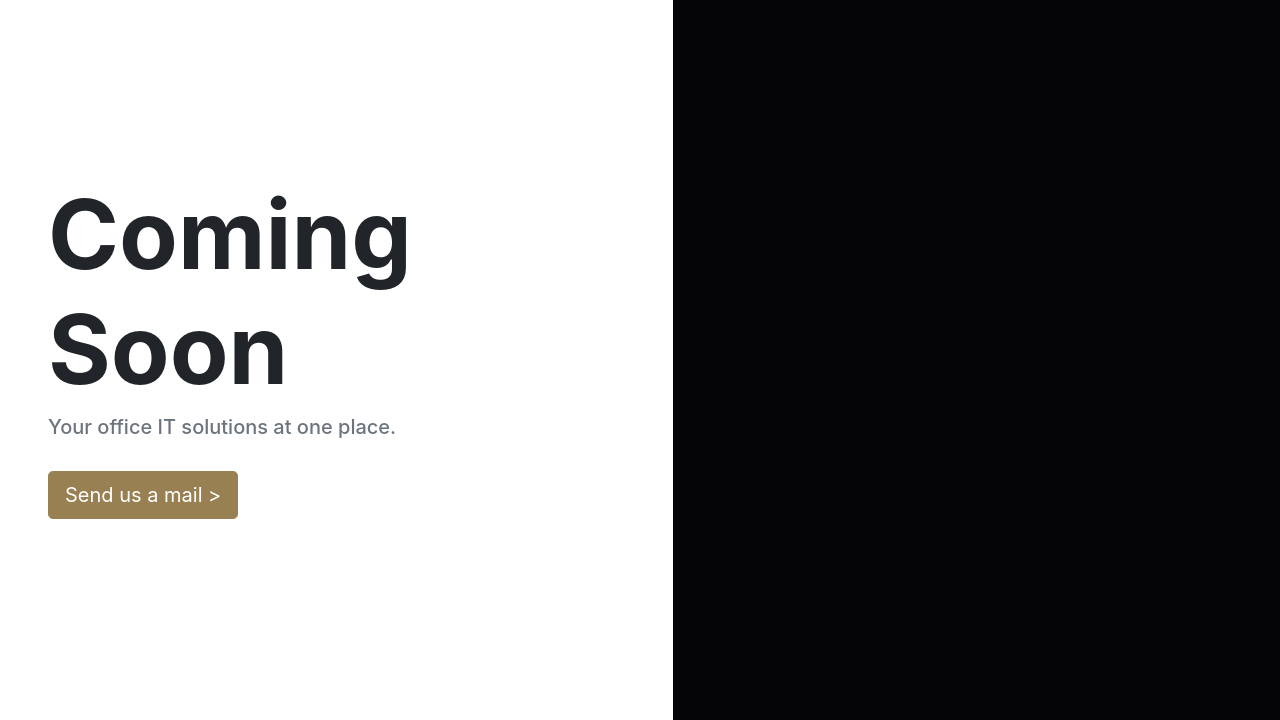
Repository: Thekxgh/website
Page: /
These files come from the project's save history. The page is drawn as it stood at one moment and after the next save; the edit follows.
The browser window is 1280 px wide. The pictures show the whole page.
The project was rebuilt for these pictures with package versions that can differ from the ones it lists, and the page was loaded fresh each time.

Above is the page before, as saved 2021-07-14 09:46:20.

After the next save:
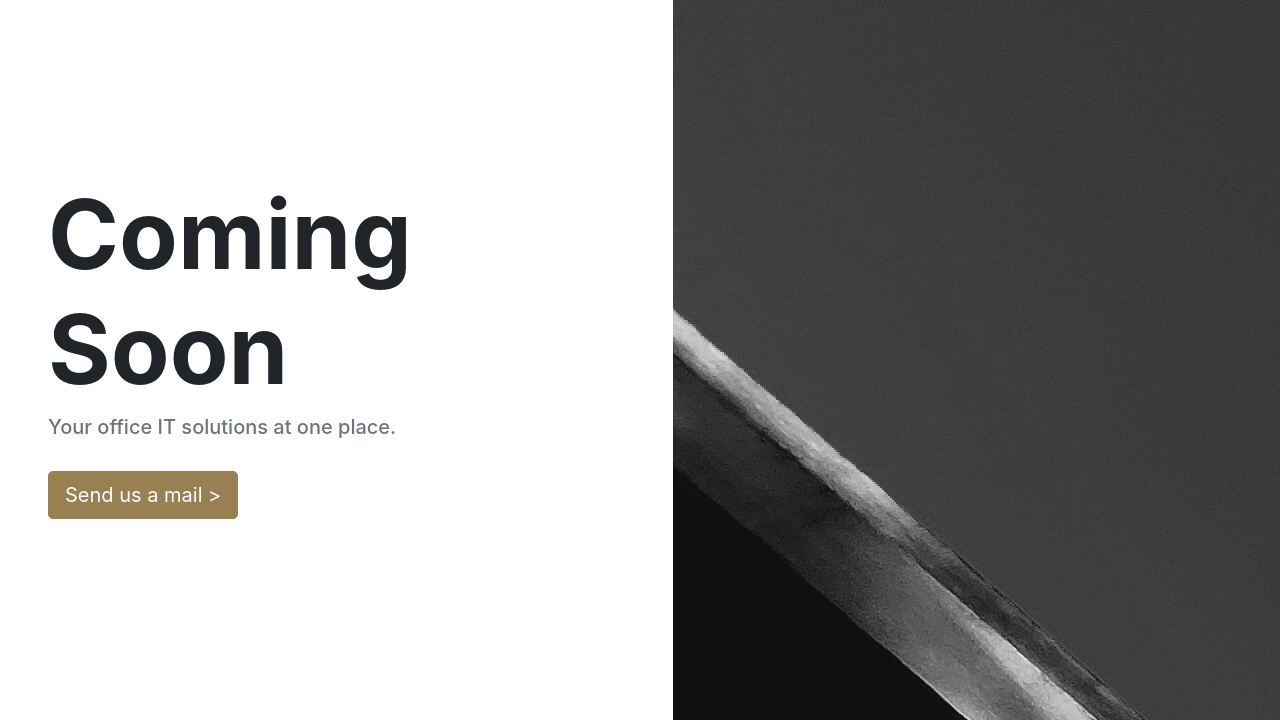
Saved 4 s later.
--- a/src/presentation/LandingPage.tsx
+++ b/src/presentation/LandingPage.tsx
@@ -9,7 +9,7 @@ export const LandingPage = () => {
                 <h5 className="text-muted">Your office IT solutions at one place.</h5>
                 <a className="btn btn-primary btn-lg my-4" href="mailto:contact@thekxgh.com"> Send us a mail {'>'} </a>
             </Col>
-            <Col className="bg-dark min-vh-100">
+            <Col className="side-img min-vh-100">
 
             </Col>
         </Row>
